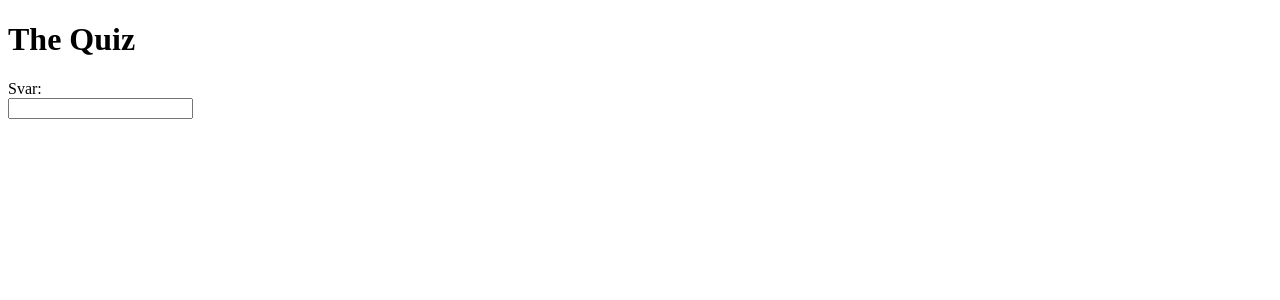
Repository: mc22dg/1dv403-laborationer
Page: 4-thequiz/index.html
The author's editor kept a record of every edit. The page is drawn from the files as they stood at one moment, then again after the next edit.
The browser window is 1280 px wide. The pictures show the whole page.

Above is the page before.
Console error: SyntaxError: Unexpected token ')'

After the next edit:
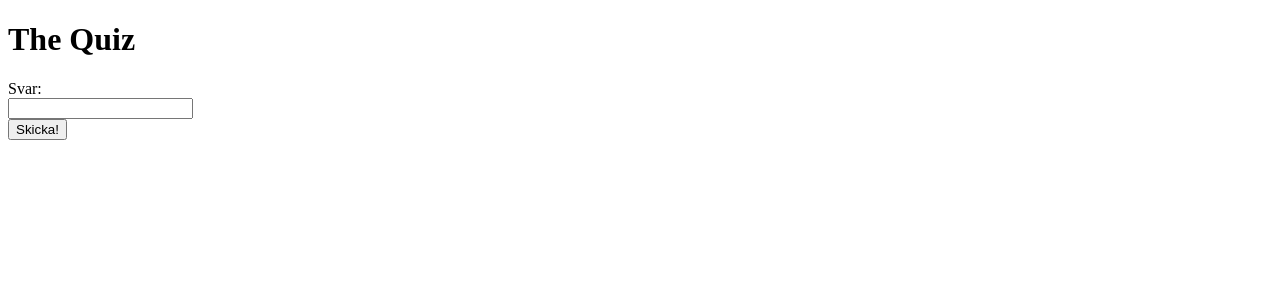
The edit:
--- a/4-thequiz/index.html
+++ b/4-thequiz/index.html
@@ -20,6 +20,8 @@
 
             </form>
 
+            <button type="button">Skicka!</button>
+
         </div>
 
 
